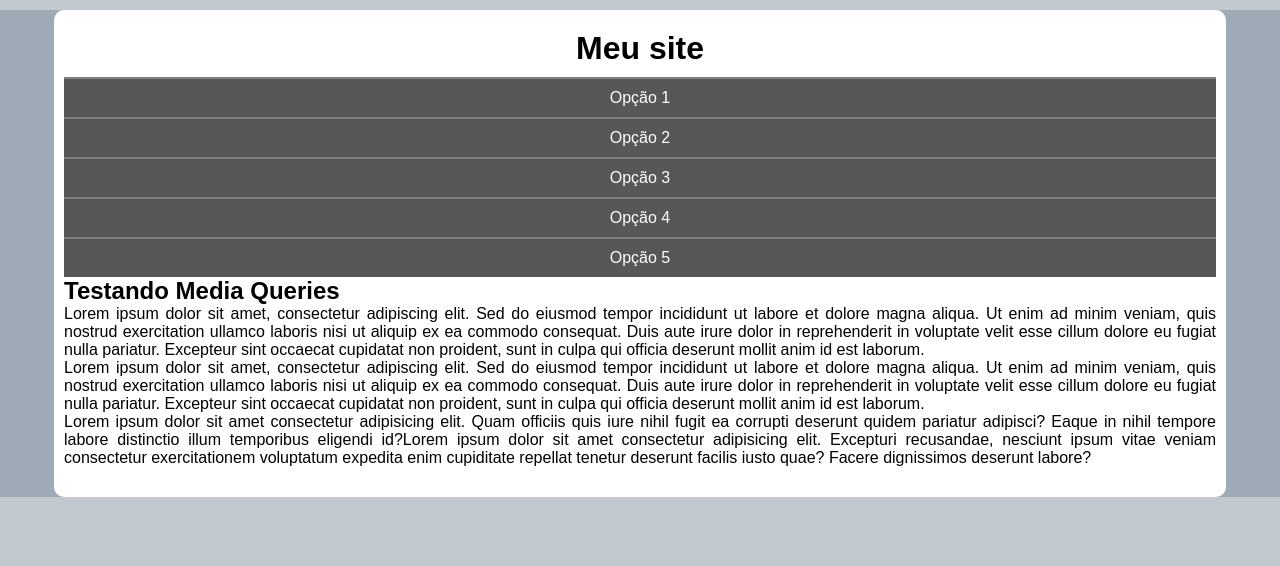
Repository: Sandro1969-tech/menu-hamburger
Page: index.html
The author's editor kept a copy of each file at every save. The page is drawn from the files as they stood at one save, then again after the next save.
The browser window is 1280 px wide. The pictures show the whole page.

Above is the page before, as saved 2025-12-25 18:20:02.

### index.html
<!DOCTYPE html>
<html lang="pt-br">
<head>
    <meta charset="UTF-8">
    <meta name="viewport" content="width=device-width, initial-scale=1.0">
    <title>Media Queries</title>
    <link rel="stylesheet" href="style.css">
</head>
<body>
  <header>
    <main>
            <h1>Meu site</h1>
            <menu>
                <ul>
                    <li><a href="#">Opção 1</a></li>
                    <li><a href="#">Opção 2</a></li>
                    <li><a href="#">Opção 3</a></li>
                    <li><a href="#">Opção 4</a></li>
                    <li><a href="#">Opção 5</a></li>
                </ul>
            </menu>
                <article>
                    <h2>Testando Media Queries</h2>
                    <p>Lorem ipsum dolor sit amet, consectetur adipiscing elit. Sed do eiusmod tempor incididunt ut labore et dolore magna aliqua. Ut enim ad minim veniam, quis nostrud exercitation ullamco laboris nisi ut aliquip ex ea commodo consequat. Duis aute irure dolor in reprehenderit in voluptate velit esse cillum dolore eu fugiat nulla pariatur. Excepteur sint occaecat cupidatat non proident, sunt in culpa qui officia deserunt mollit anim id est laborum.</p>
                    <p>Lorem ipsum dolor sit amet, consectetur adipiscing elit. Sed do eiusmod tempor incididunt ut labore et dolore magna aliqua. Ut enim ad minim veniam, quis nostrud exercitation ullamco laboris nisi ut aliquip ex ea commodo consequat. Duis aute irure dolor in reprehenderit in voluptate velit esse cillum dolore eu fugiat nulla pariatur. Excepteur sint occaecat cupidatat non proident, sunt in culpa qui officia deserunt mollit anim id est laborum.</p>
                    <p> Lorem ipsum dolor sit amet consectetur adipisicing elit. Quam officiis quis iure nihil fugit ea corrupti deserunt quidem pariatur adipisci? Eaque in nihil tempore labore distinctio illum temporibus eligendi id?Lorem ipsum dolor sit amet consectetur adipisicing elit. Excepturi recusandae, nesciunt ipsum vitae veniam consectetur exercitationem voluptatum expedita enim cupiditate repellat tenetur deserunt facilis iusto quae? Facere dignissimos deserunt labore?</p>
                </article>
    </main>
  </header>
</body>
</html>

### style.css
@charset "UTF-8";

* {
    font-family: Arial, Helvetica, sans-serif;
    margin: 0px;
    padding: 0px;
}

body {
    background-color:
    rgba(119, 136, 153, 0.459);
}
header {
    background-color:rgba(119, 136, 153, 0.459);
;
}

h1 {
padding: 10px;
text-align: center;
}

menu {
    display: block;
}
menu > ul {
    list-style-type: none;
}
menu a {
    display: block;
    padding: 10px;
    text-decoration: none;
    background-color: rgba(87,87,87);
    text-align: center;
    color: white;
    border-top: 2px solid grey;
}
menu > ul > li:hover a {
    background-color: rgba(119, 136, 153, 0.459);
}

main {
    width: 90vw;
    background-color:white;
    margin:  auto;
    margin-top: 10px;
    padding: 10px;
    border-radius: 10px;
}

article {
    padding-bottom: 20px;
}
article > p {
    text-align: justify;
    margin-bottom: 10;
}

After the next save:
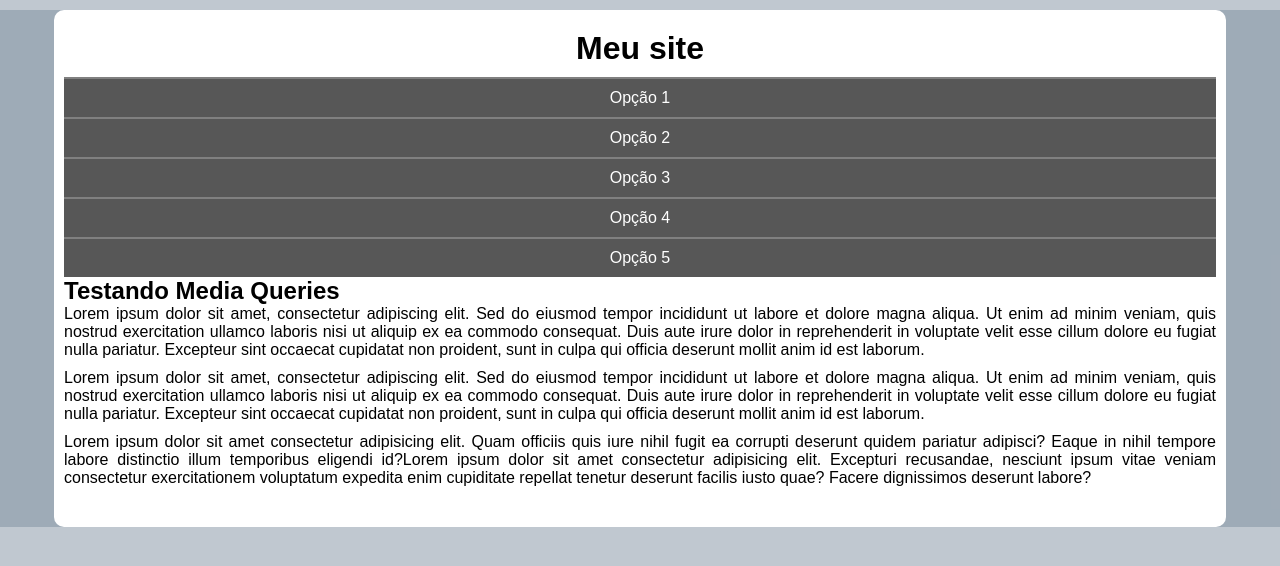
Saved 4 s later.
--- a/style.css
+++ b/style.css
@@ -53,5 +53,5 @@ article {
 }
 article > p {
     text-align: justify;
-    margin-bottom: 10;
+    margin-bottom: 10px;
 }
